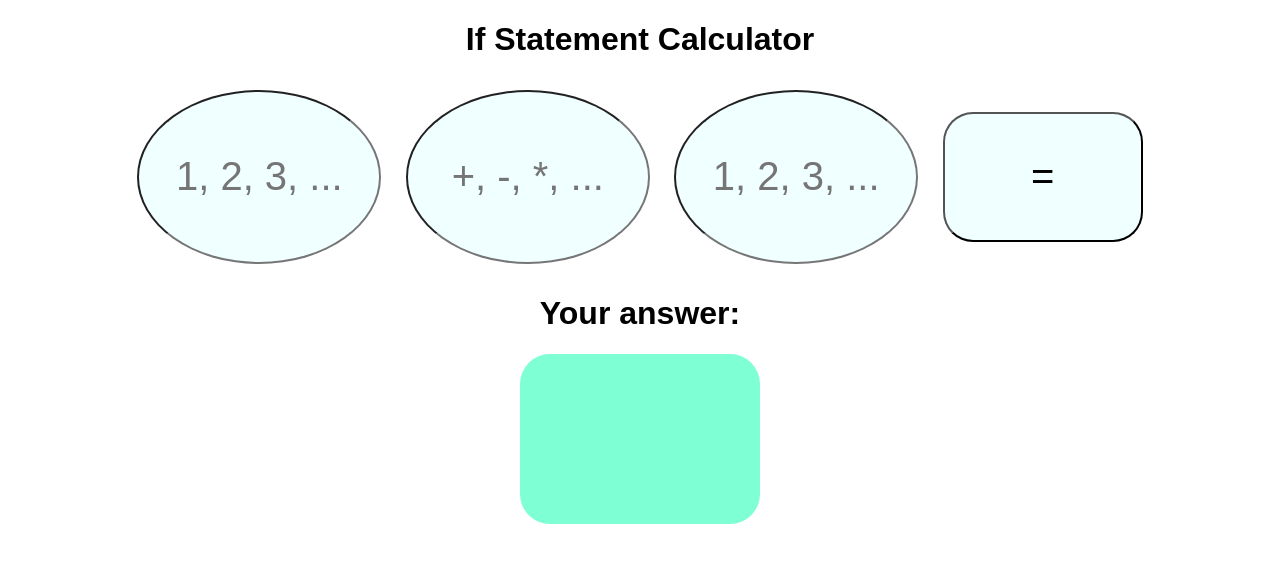
Repository: WesleyErasmus/threeInputCalculator
Page: html/if-calculator.html
An editor plug-in stored every save of this project. The page is shown before and after the next save, followed by the edit.
The browser window is 1280 px wide. The pictures show the whole page.

Above is the page before, as saved 2022-04-27 22:23:10.

After the next save:
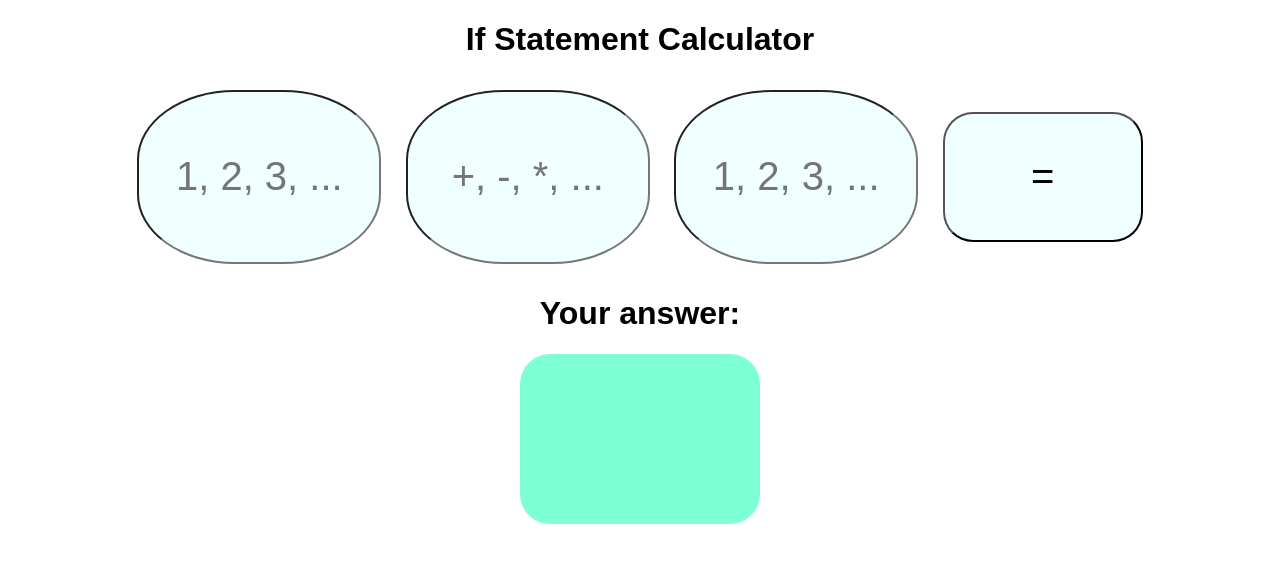
Saved 4 s later.
--- a/css/stylesheet.css
+++ b/css/stylesheet.css
@@ -13,7 +13,7 @@ input {
     margin: 10px;
     text-align: center;
     font-size: 40px;
-    border-radius: 50%;
+    border-radius: 40%;
 }
 button {
     background-color: azure;
